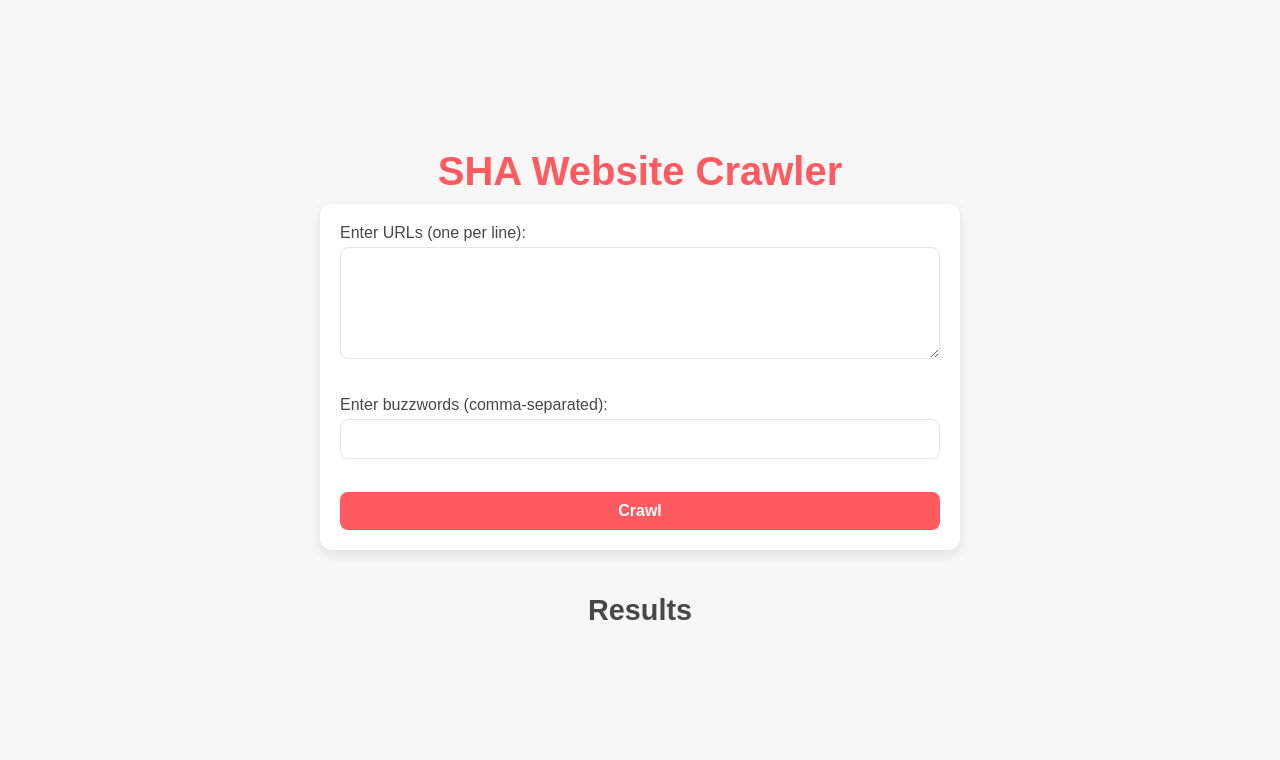
Repository: LubegaH/tenderwebscraper
Page: http://localhost/
The author's editor kept a copy of each file at every save. The page is drawn from the files as they stood at one save, then again after the next save.
The browser window is 1280 px wide. The pictures show the whole page.
The page is served by the project's application, run on Flask 3 (app.py).

Above is the page before, as saved 2024-11-02 15:07:29.

After the next save:
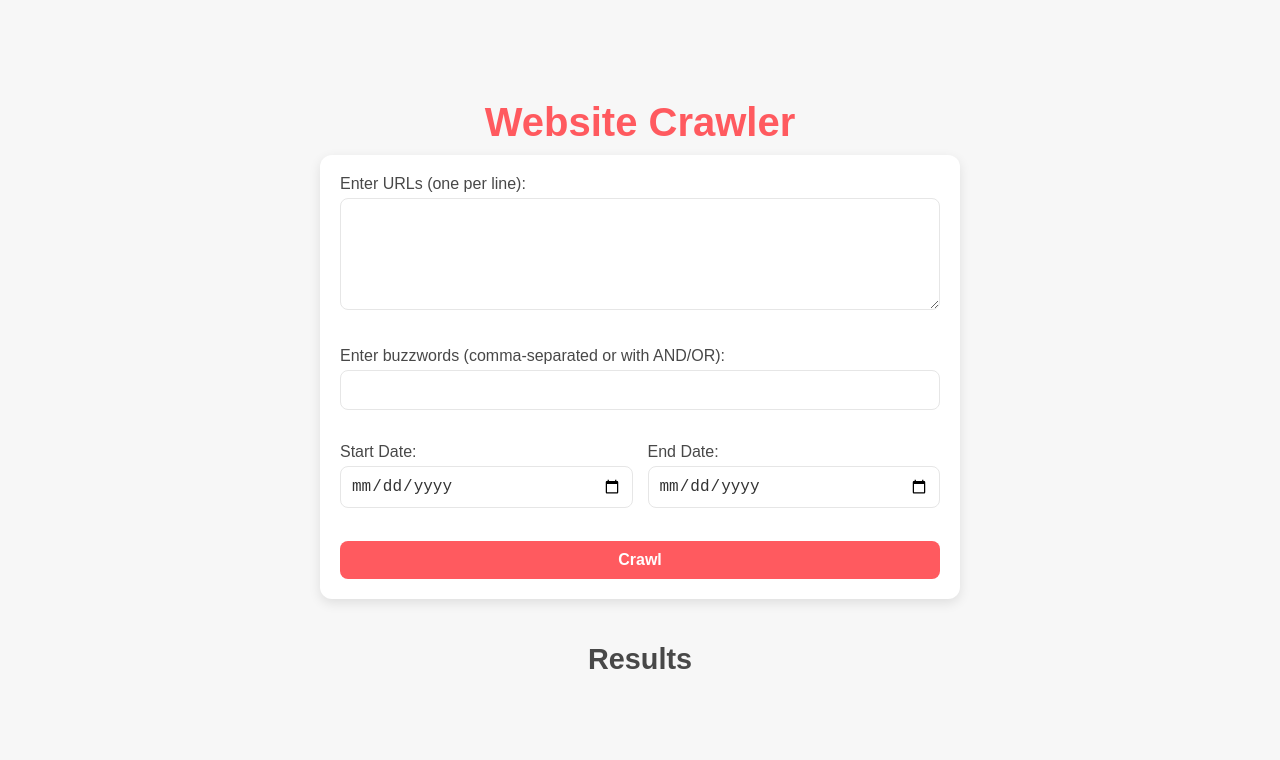
Saved 108 days later.
--- a/templates/index.html
+++ b/templates/index.html
@@ -1,4 +1,3 @@
-<!-- templates/index.html - Frontend HTML -->
 <!DOCTYPE html>
 <html lang="en">
   <head>
@@ -11,18 +10,37 @@
     />
   </head>
   <body>
-    <h1>SHA Website Crawler</h1>
+    <h1>Website Crawler</h1>
     <form id="crawler-form">
       <label for="urls">Enter URLs (one per line):</label><br />
       <textarea id="urls" name="urls" rows="5" cols="50"></textarea><br /><br />
 
-      <label for="buzzwords">Enter buzzwords (comma-separated):</label><br />
+      <label for="buzzwords"
+        >Enter buzzwords (comma-separated or with AND/OR):</label
+      ><br />
       <input
         type="text"
         id="buzzwords"
         name="buzzwords"
         size="50"
       /><br /><br />
+
+      <div class="date-range">
+        <div>
+          <label for="start-date">Start Date:</label>
+          <input
+            type="date"
+            id="start-date"
+            name="start-date"
+            class="date-field"
+          />
+        </div>
+        <div>
+          <label for="end-date">End Date:</label>
+          <input type="date" id="end-date" name="end-date" class="date-field" />
+        </div>
+      </div>
+      <br />
 
       <input type="submit" value="Crawl" />
     </form>
@@ -42,11 +60,9 @@
             .map((url) => url.trim())
             .filter((url) => url.length > 0);
 
-          const buzzwords = document
-            .getElementById('buzzwords')
-            .value.split(',')
-            .map((word) => word.trim())
-            .filter((word) => word.length > 0);
+          const buzzwords = document.getElementById('buzzwords').value;
+          const startDate = document.getElementById('start-date').value;
+          const endDate = document.getElementById('end-date').value;
 
           const resultDiv = document.getElementById('results');
           resultDiv.innerHTML = '<p>Crawling... Please wait.</p>';
@@ -57,7 +73,7 @@
               headers: {
                 'Content-Type': 'application/json',
               },
-              body: JSON.stringify({ urls, buzzwords }),
+              body: JSON.stringify({ urls, buzzwords, startDate, endDate }),
             });
 
             if (!response.ok) {
@@ -75,71 +91,26 @@
         const resultDiv = document.getElementById('results');
         resultDiv.innerHTML = '';
 
+        // Group results into three categories
         const unableToCrawl = [];
+        const foundBuzzwords = [];
         const noBuzzwordsFound = [];
-        const buzzwordsFound = [];
 
-        // Classify results
+        // Each 'item' in data has the structure: {url, found: [...], error: ...}
         data.forEach((result) => {
+          const resultElement = document.createElement('div');
+          resultElement.className = 'result-item';
+
           if (result.error) {
-            unableToCrawl.push(result.url);
-          } else if (result.found && result.found.length > 0) {
-            buzzwordsFound.push({ url: result.url, words: result.found });
+            resultElement.innerHTML = `<p class="error">Error crawling ${result.url}: ${result.error}</p>`;
           } else {
-            noBuzzwordsFound.push(result.url);
+            resultElement.innerHTML = `<h3>${
+              result.url
+            }</h3><p>${result.found.join(', ')}</p>`;
           }
+
+          resultDiv.appendChild(resultElement);
         });
-
-        // Display Unable to Crawl section
-        if (unableToCrawl.length > 0) {
-          const errorSection = document.createElement('div');
-          errorSection.innerHTML = `<h3>I am Unable to crawl these pages:</h3><ul>${unableToCrawl
-            .map((url) => `<li>${url}</li>`)
-            .join('')}</ul>`;
-          resultDiv.appendChild(errorSection);
-        }
-
-        // Display No Buzzwords Found section
-        if (noBuzzwordsFound.length > 0) {
-          const noBuzzwordsSection = document.createElement('div');
-          noBuzzwordsSection.innerHTML = `<h3>I couldn't find any of the buzzwords from these sites:</h3><ul>${noBuzzwordsFound
-            .map((url) => `<li>${url}</li>`)
-            .join('')}</ul>`;
-          resultDiv.appendChild(noBuzzwordsSection);
-        }
-
-        // Display Buzzwords Found section
-        if (buzzwordsFound.length > 0) {
-          const foundWordsSection = document.createElement('div');
-          foundWordsSection.innerHTML = `<h3>I found the following buzzwords on these sites:</h3>`;
-          buzzwordsFound.forEach((result) => {
-            const siteResult = document.createElement('div');
-
-            // Display URL as a clickable link
-            siteResult.innerHTML = `
-          <strong><a href="${
-            result.url
-          }" target="_blank" rel="noopener noreferrer">${
-              result.url
-            }</a></strong>
-          <div style="margin-left: 20px; margin-top: 5px;">${result.words.join(
-            ', '
-          )}</div>
-        `;
-
-            foundWordsSection.appendChild(siteResult);
-          });
-          resultDiv.appendChild(foundWordsSection);
-        }
-
-        // Handle case when no results at all
-        if (
-          unableToCrawl.length === 0 &&
-          noBuzzwordsFound.length === 0 &&
-          buzzwordsFound.length === 0
-        ) {
-          resultDiv.innerHTML = '<p>No results found.</p>';
-        }
       }
     </script>
   </body>
